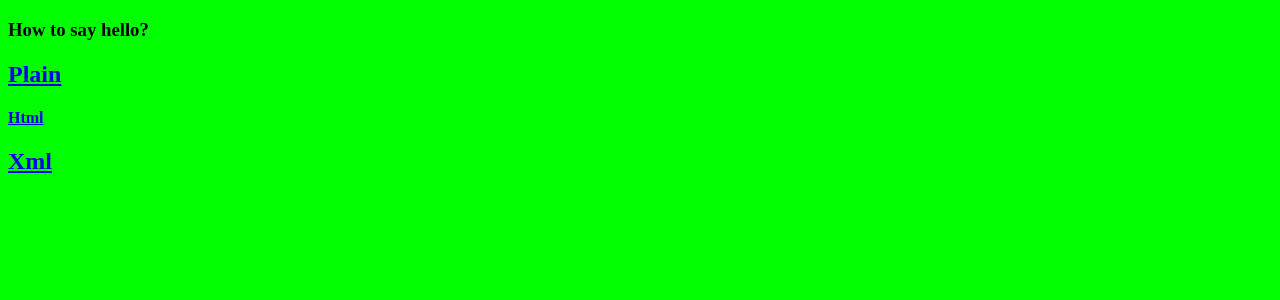
Repository: Pallavijoshii/Zen_Training
Page: RESTfulWebServices/TrivagoHotels/WebContent/index.html
An editor plug-in stored every save of this project. The page is shown before and after the next save, followed by the edit.
The browser window is 1280 px wide. The pictures show the whole page.

Above is the page before, as saved 2019-07-25 00:46:47.

After the next save:
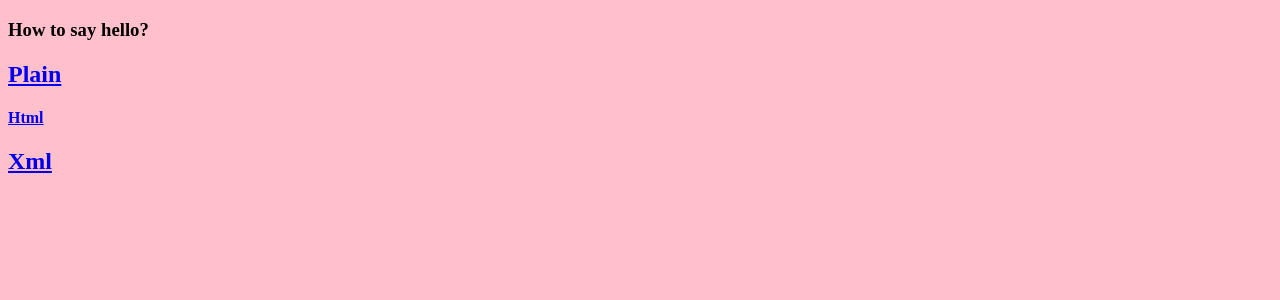
Saved 49 s later.
--- a/RESTfulWebServices/TrivagoHotels/WebContent/index.html
+++ b/RESTfulWebServices/TrivagoHotels/WebContent/index.html
@@ -5,7 +5,7 @@
 <title>Trivago Home</title>
 <style type="text/css">
 body {
-  background-color:lime;
+  background-color:pink;
 
 }
 
